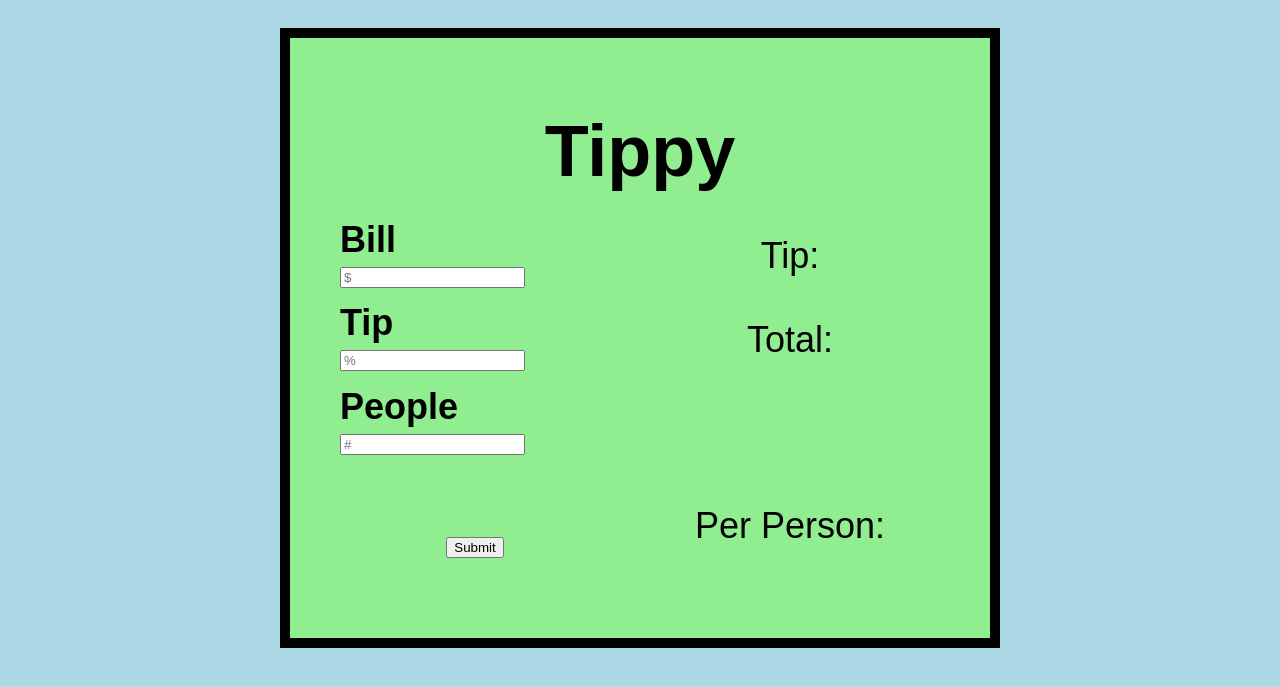
Repository: SamirIngley/Tip-Calculator
Page: tip_display.html
The author's editor kept a copy of each file at every save. The page is drawn from the files as they stood at one save, then again after a run of saves.
The browser window is 1280 px wide. The pictures show the whole page.

Above is the page before, as saved 2020-02-13 11:34:44.

### tip_display.html
<!DOCTYPE html>
<html lang="en">
<head>
    <meta charset="UTF-8">
    <meta name="viewport" content="width=device-width, initial-scale=1.0">
    <meta http-equiv="X-UA-Compatible" content="ie=edge">
    <link href="style.css" rel="stylesheet">
    <title>Tip Calculator</title>
</head>
<body>

    <form id='form' class='form'>
        <div class='title'>
            <h1>Tippy</h1>
        </div>
        <div class='bill'>
            <label>Bill</label><br>
            <input id='bill' type="number" name="bill" placeholder="$">
        </div>
        <div class='tip'>
            <label>Tip</label><br>
            <input id='tip' type="number" name="tip" placeholder="%">
        </div>
        <div class='numppl'>
            <label>People</label><br>
            <input id='numppl' type="number" name="numppl" placeholder="#">
        </div>
        <div class='submit'><br>
            <input type="submit" name="submit" value="Submit">
        </div>


        <div id='total-display' class="total-disp">
            Total:
        </div>

        <div id='tip-display' class="tip-disp">
            Tip:
        </div>

        <div id='total-pp-display' class="pp-disp">
            Per Person:
        </div>

    </form>

</body>



    <script>

        const inputBill = document.getElementById('bill')
        const inputTip = document.getElementById('tip')
        const inputNumppl = document.getElementById('numppl')
        const form = document.getElementById('form')
        const displayTip = document.getElementById('tip-display')
        const displayTotal = document.getElementById('total-display')
        const displayTotalPP = document.getElementById('total-pp-display')


        function calculateTip() {

            const bill = parseInt(inputBill.value)
            const people = inputNumppl.value
            const percent = inputTip.value
            const tip = bill * percent / 100
            const total = bill + tip
            const totalPP = total / people
            console.log(bill)
            console.log(percent)
            console.log(total)
            console.log(tip)
            console.log(people)
            console.log(totalPP)

            displayTotal.innerHTML = `Total: $${total.toFixed(2)}`
            displayTip.innerHTML = `Tip: $${tip.toFixed(2)}`
            displayTotalPP.innerHTML = `Per Person: $${totalPP.toFixed(2)}`
        }



        form.addEventListener("submit", function(e) {
            e.preventDefault()
            calculateTip()
        })

        // inputBill.addEventListnener('change', function(e) {
        //     console.log(inputBill.value)
        //     const newBillAMount = parseFloat(e.target.value)

        // })

    </script>



</body>
</html>

### style.css
body {
    background-color: lightblue;
    justify-content: center;
    align-items: center;
    /* margin: 100px; */
    /* padding: 100px; */
    display: flex;
}

.form {
    background-color: lightgreen;
    display: grid;
    grid-template-columns: 300px 300px;
    grid-template-rows: repeat(5, 1fr);
    grid-template-areas: "h h"
                         "b d"
                         "t y"
                         "n ."
                         "s p"

}


.form {
    font-family: Arial, Helvetica, sans-serif;
    font-size: 36px;
    font-weight: 2000;
    justify-content: center;
    align-items: center;
    text-align: center;
    height: 500px;
    line-height: 30px;
    margin: 20px;
    padding: 50px;
    border-style: solid;
    border-width: 10px;
    border-color: black;
}

.title {
    grid-area: h;
}

.bill {
    text-align: left;
    grid-area: b;
    font-weight: bold;
}

.tip {
    text-align: left;
    grid-area: t;
    font-weight: bold;
}

.numppl {
    text-align: left;
    grid-area: n;
    font-weight: bold;
}

.submit {
    padding: 30px 30px 30px 0px;
    grid-area: s;
}


.tip-disp {
    grid-area: d;
}

.total-disp {
    grid-area: y
}

.pp-disp {
    grid-area: p
}

After the next 2 saves:
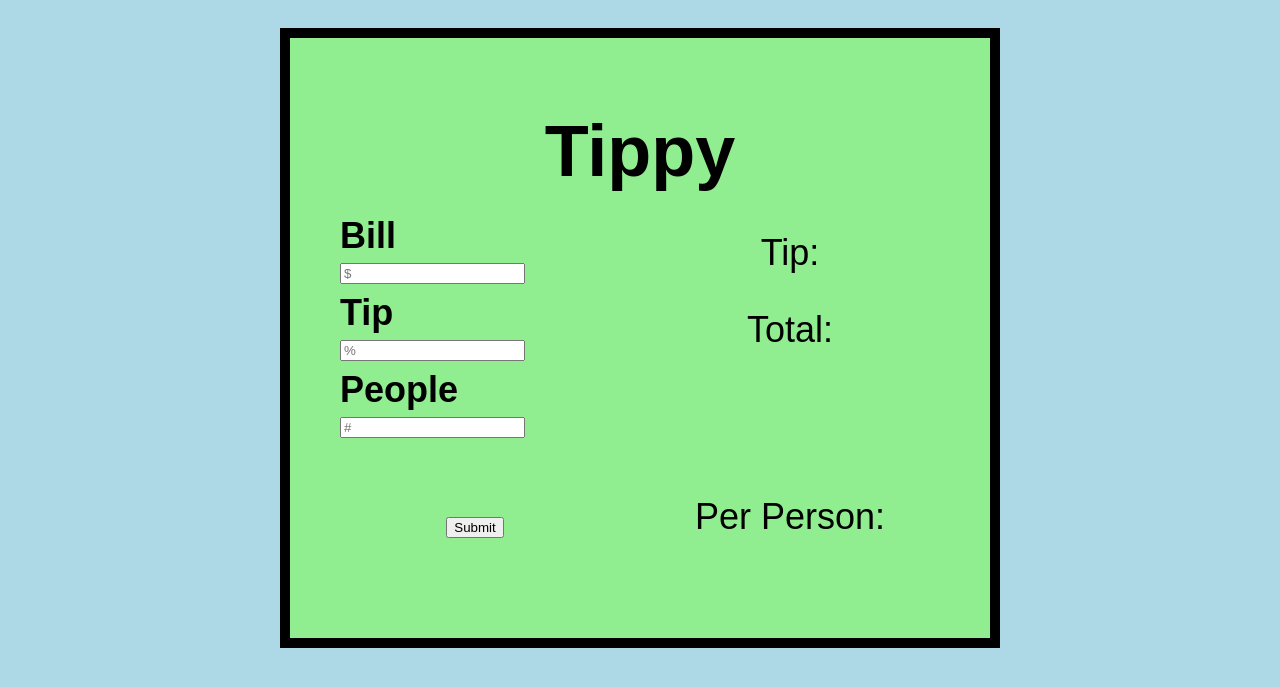
The 2 saves are shown as one change because they came seconds apart.
The last was saved 10 s later.
--- a/style.css
+++ b/style.css
@@ -60,7 +60,7 @@ body {
 }
 
 .submit {
-    padding: 30px 30px 30px 0px;
+    padding: 30px 30px 50px 0px;
     grid-area: s;
 }
 
